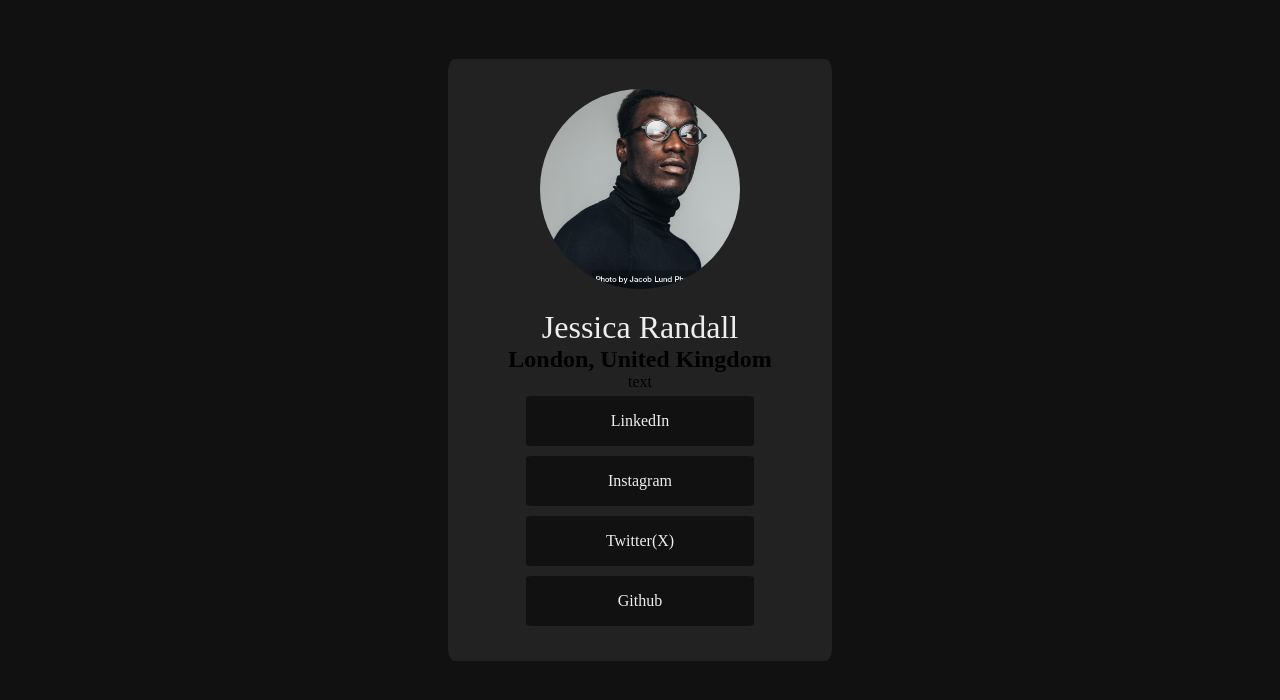
Repository: russel-success/Xcode-TASK-1
Page: index.html
An editor plug-in stored every save of this project. The page is shown before and after the next save, followed by the edit.
The browser window is 1280 px wide. The pictures show the whole page.

Above is the page before, as saved 2024-04-29 01:18:33.

After the next save:
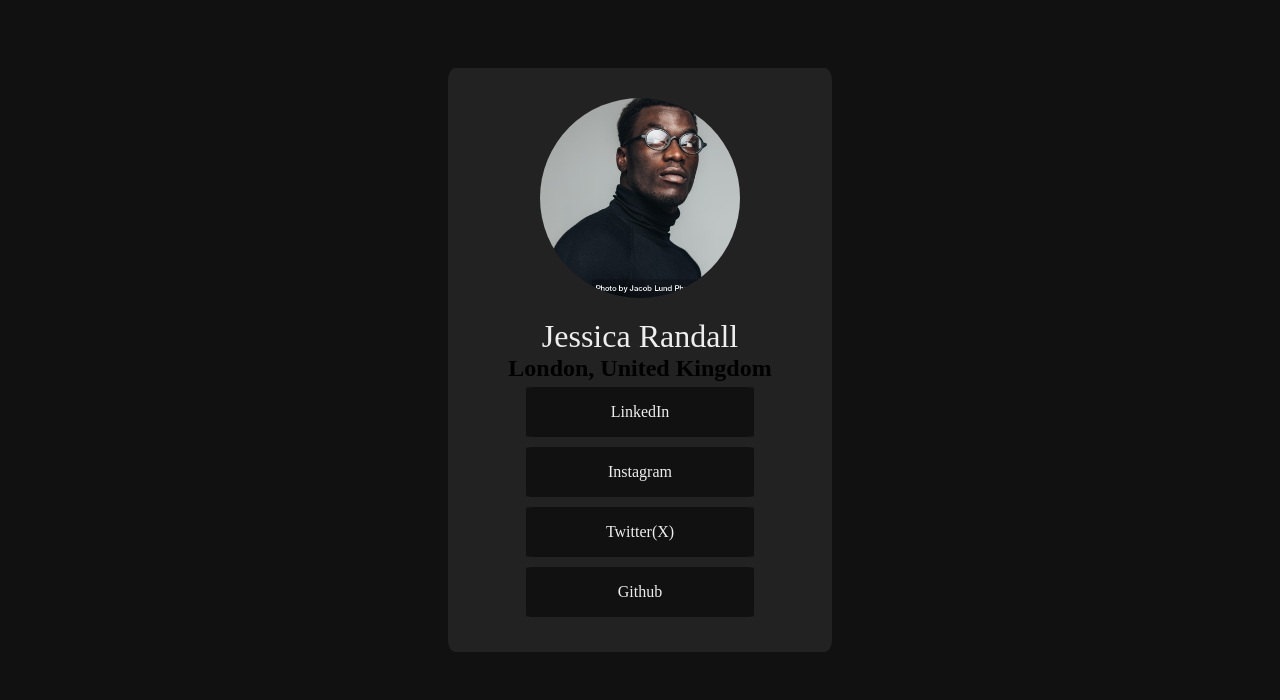
Saved 4 s later.
--- a/index.html
+++ b/index.html
@@ -12,7 +12,7 @@
            <img src="assets/np_Man staring away on gray background_0VPZY4_free.jpg" alt="" class="profile-image">
             <h1>Jessica Randall</h1>
             <h2>London, United Kingdom</h2>
-            text
+            <p></p>
             <div class="socials">
                 <text>LinkedIn</text>
             </div>

After the save that followed:
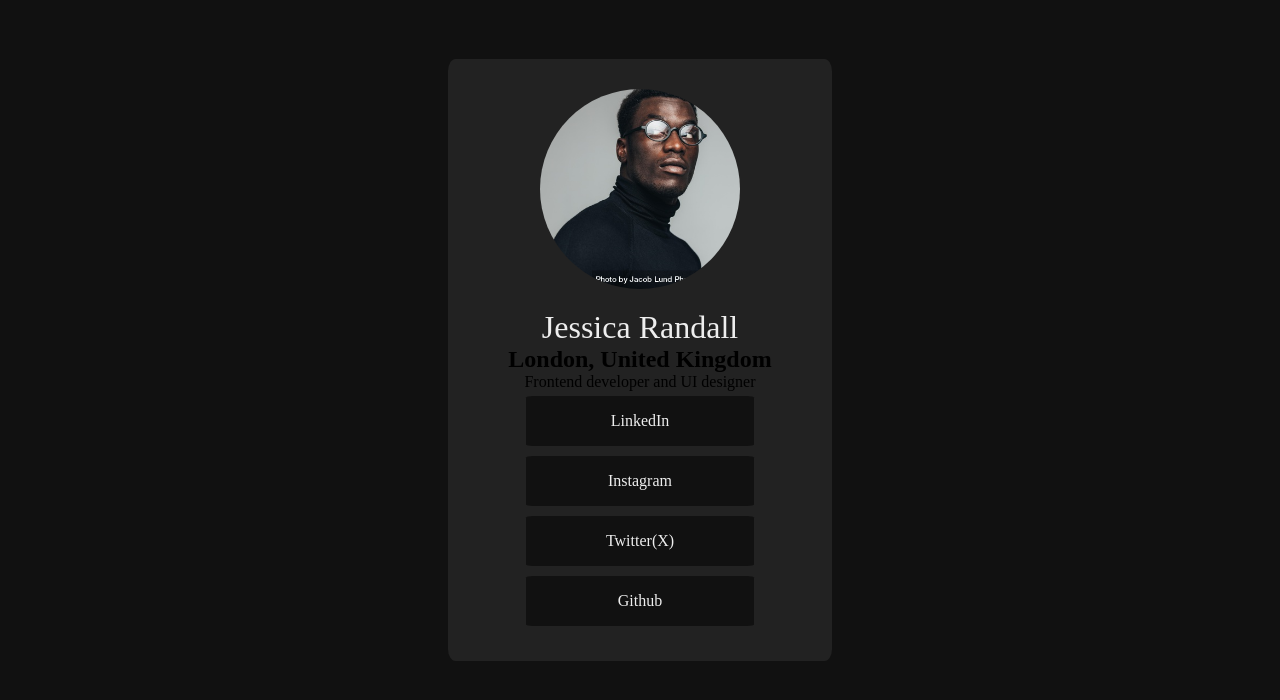
Saved 11 s later.
--- a/index.html
+++ b/index.html
@@ -12,7 +12,7 @@
            <img src="assets/np_Man staring away on gray background_0VPZY4_free.jpg" alt="" class="profile-image">
             <h1>Jessica Randall</h1>
             <h2>London, United Kingdom</h2>
-            <p></p>
+            <p>Frontend developer and UI designer</p>
             <div class="socials">
                 <text>LinkedIn</text>
             </div>
